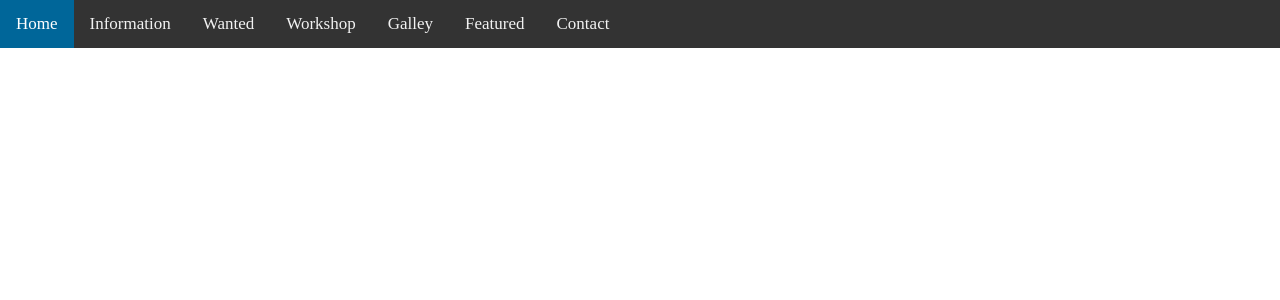
Repository: mcleanka/gym-management-system
Page: index.html
These files come from the project's save history. The page is drawn as it stood at one moment and after the next save; the edit follows.
The browser window is 1280 px wide. The pictures show the whole page.

Above is the page before, as saved 2022-07-01 16:40:42.

### index.html
<!DOCTYPE html>
<html lang="en">

<head>
	<meta charset="UTF-8">
	<meta http-equiv="X-UA-Compatible" content="IE=edge">
	<meta name="viewport" content="width=device-width, initial-scale=1.0">
	<title>Home | Gym Management System</title>

	<link rel="stylesheet" href="css/style.css">
	<script src="js/app.js"></script>
</head>

<body>
	<div class="container">
		<div class="wrapper">
			<div class="topnav" id="myTopnav">
				<a href="./home.html" class="active">Home</a>
				<a href="./information.html">Information</a>
				<a href="./wanted.html">Wanted</a>
				<a href="./workshop.html">Workshop</a>
				<a href="./galley.html">Galley</a>
				<a href="./featured.html">Featured</a>
				<a href="./contact.html">Contact</a>

				<a href="javascript:void(0);" class="icon" onclick="myFunction()">
					<i class="fa fa-bars"></i>
				</a>
			</div>

			<div class="row">
				<div class="column"></div>
				<div class="column"></div>
			</div>
		</div>
	</div>
</body>

</html>

### css/style.css
* {
	margin: 0;
	padding: 0;
}

/* Add a black background color to the top navigation */
.topnav {
	background-color: #333;
	overflow: hidden;
}

/* Style the links inside the navigation bar */
.topnav a {
	float: left;
	display: block;
	color: #f2f2f2;
	text-align: center;
	padding: 14px 16px;
	text-decoration: none;
	font-size: 17px;
}

/* Change the color of links on hover */
.topnav a:hover {
	background-color: #ddd;
	color: black;
}

/* Add an active class to highlight the current page */
.topnav a.active {
	background-color: #006699;
	color: white;
}

/* Hide the link that should open and close the topnav on small screens */
.topnav .icon {
	display: none;
}

/* When the screen is less than 600 pixels wide, hide all links, except for the first one ("Home"). Show the link that contains should open and close the topnav (.icon) */
@media screen and (max-width: 600px) {
	.topnav a:not(:first-child) {
		display: none;
	}

	.topnav a.icon {
		float: right;
		display: block;
	}
}

/* The "responsive" class is added to the topnav with JavaScript when the user clicks on the icon. This class makes the topnav look good on small screens (display the links vertically instead of horizontally) */
@media screen and (max-width: 600px) {
	.topnav.responsive {
		position: relative;
	}

	.topnav.responsive a.icon {
		position: absolute;
		right: 0;
		top: 0;
	}

	.topnav.responsive a {
		float: none;
		display: block;
		text-align: left;
	}
}

.column {
	float: left;
	width: 50%;
}

/* Clear floats after the columns */
.row:after {
	content: "";
	display: table;
	clear: both;
}

.row {
	display: flex;
}

.column {
	flex: 50%;
}

.column {
	float: left;
}

.left {
	width: 25%;
}

.right {
	width: 75%;
}

/* Responsive layout - when the screen is less than 600px wide, make the two columns stack on top of each other instead of next to each other */
@media screen and (max-width: 600px) {
	.column {
		width: 100%;
	}
}

### js/app.js
/* Toggle between adding and removing the "responsive" class to topnav when the user clicks on the icon */
function myFunction() {
	var x = document.getElementById("myTopnav");
	if (x.className === "topnav") {
		x.className += " responsive";
	} else {
		x.className = "topnav";
	}
}

After the next save:
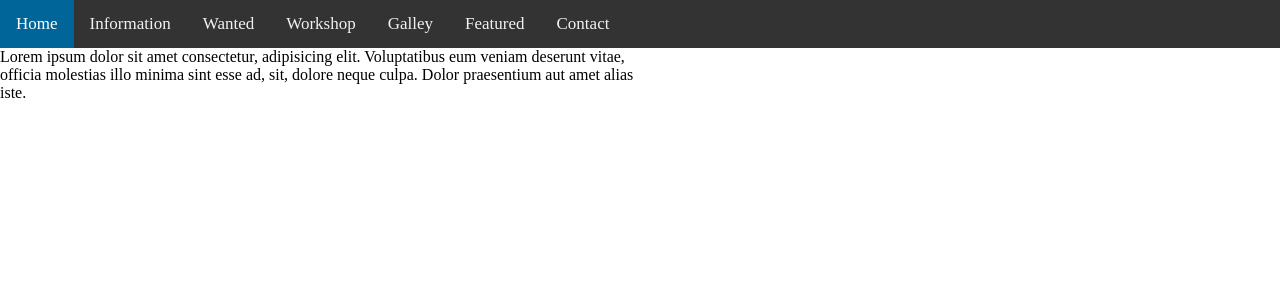
Saved 13 s later.
--- a/index.html
+++ b/index.html
@@ -29,7 +29,11 @@
 			</div>
 
 			<div class="row">
-				<div class="column"></div>
+				<div class="column">
+					Lorem ipsum dolor sit amet consectetur, adipisicing elit. Voluptatibus eum veniam deserunt vitae,
+					officia molestias illo minima sint esse ad, sit, dolore neque culpa. Dolor praesentium aut amet
+					alias iste.
+				</div>
 				<div class="column"></div>
 			</div>
 		</div>
